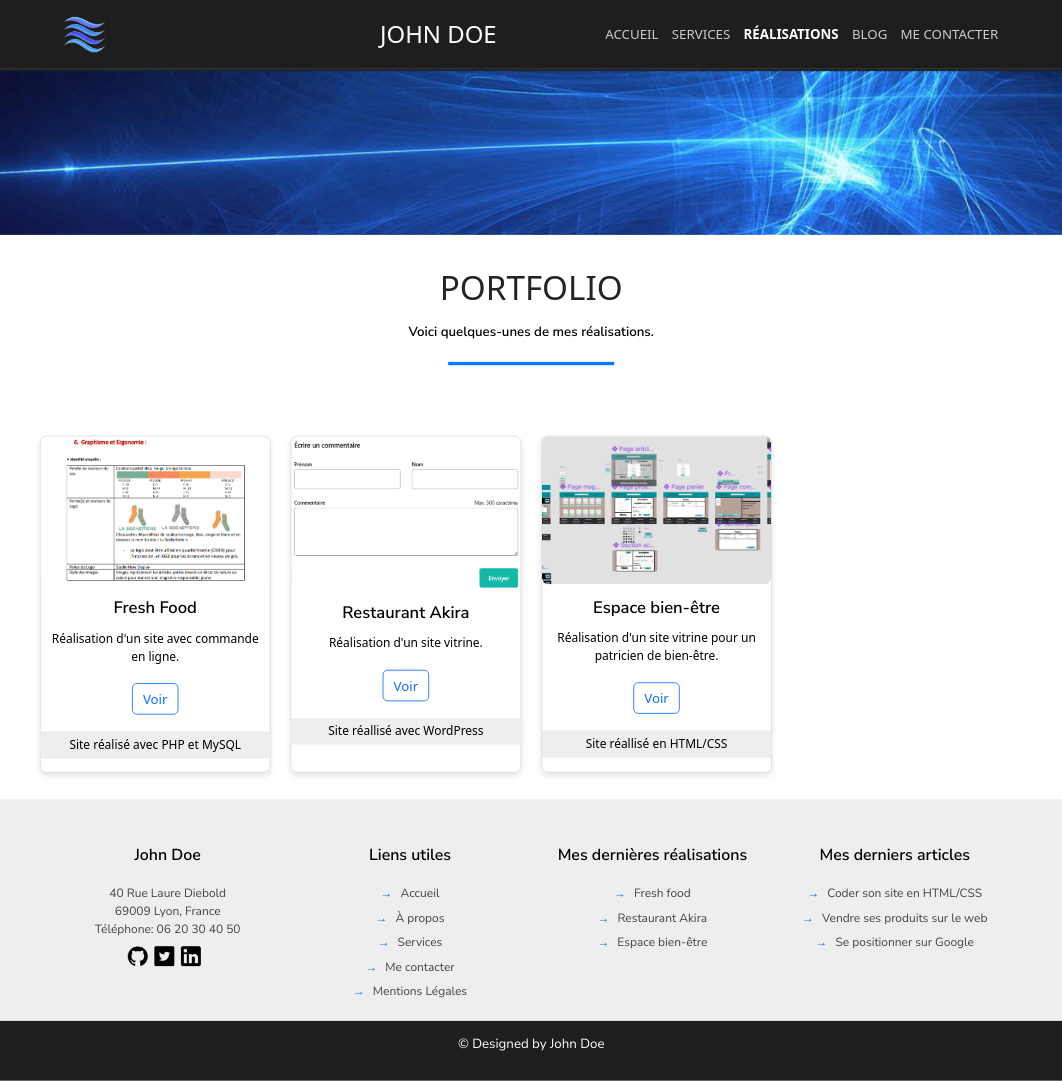
Repository: MagicCogs/optimisation-de-cv
Page: /realisations
The author's editor kept a copy of each file at every save. The page is drawn from the files as they stood at one save, then again after the next save.
The browser window is 1280 px wide. The pictures show the whole page, at 83% of full size.
The project was rebuilt for these pictures with package versions that can differ from the ones it lists, and the page was loaded fresh each time. Also part of the build but not shown: src/pages/Accueil.jsx, src/pages/Apropos.jsx, src/pages/Services.jsx, src/pages/Blog.jsx, src/pages/Contact.jsx, src/pages/MentionsLegales.jsx.

Above is the page before, as saved 2024-12-17 10:55:41.

### src/components/Header.jsx
import React, { useState } from 'react';
import { NavLink } from 'react-router-dom';
import '../styles/header.css';
import logo from '../images/logo.png';

const Header = () => {
  const [menuOpen] = useState(false);

  return (
    <header className="header">
      <a href="/" class="logo">
          <img src={logo} alt="Logo Icon" className="logo" />
      </a>
      <h1>JOHN DOE</h1>
      <nav className={`navbar ${menuOpen ? 'open' : ''}`}>
        <ul>
          <li>
            <NavLink exact to="/" activeClassName="active">
              ACCUEIL
            </NavLink>
          </li>
          <li>
            <NavLink className="nav-link" to="/services">
              SERVICES
            </NavLink>
          </li>
          <li>
            <NavLink className="nav-link" to="/realisations">
              RÉALISATIONS
            </NavLink>
          </li>
          <li>
            <NavLink className="nav-link" to="/blog">
              BLOG
            </NavLink>
          </li>
          <li>
            <NavLink className="nav-link" to="/contact">
              ME CONTACTER
            </NavLink>
          </li>
        </ul>
      </nav>
    </header>
  );
};

export default Header;

### src/components/Footer.jsx
import React, { useEffect } from 'react';
import { Link } from 'react-router-dom';
import '../styles/footer.css';
import githubIcon from '../images/github.png';
import twitterIcon from '../images/twitter.png';
import linkedinIcon from '../images/linkedin.png';

const Footer = () => {

  // Fonction pour faire défiler la page vers le haut
  const scrollToTop = () => {
    window.scrollTo({ top: 0, behavior: 'smooth' });
  };

  useEffect(() => {
    // Afficher ou cacher le bouton de retour en haut en fonction du défilement
    const handleScroll = () => {
      const scrollTopButton = document.getElementById('scrollTopButton');
      if (window.scrollY > 300) {
        scrollTopButton.style.display = 'block'; // Affiche le bouton si on défile plus de 300px
      } else {
        scrollTopButton.style.display = 'none'; // Cache le bouton si on est en haut de la page
      }
    };

    window.addEventListener('scroll', handleScroll); // Ajoute l'événement de scroll
    return () => {
      window.removeEventListener('scroll', handleScroll); // Nettoyage de l'événement
    };
  }, []);

  return (
    <footer className="footer-container">
      <div className="footer-content">
        <section id="profile">
          <h2>John Doe</h2>
          <p>40 Rue Laure Diebold<br />69009 Lyon, France<br />Téléphone: 06 20 30 40 50</p>
          <a href="https://github.com/MagicCogs" target="_blank" rel="nofollow noreferrer">
            <img src={githubIcon} alt="GitHub Icon" className="icon" />
          </a>
          <a href="https://x.com/home" target="_blank" rel="nofollow noreferrer">
            <img src={twitterIcon} alt="Twitter Icon" className="icon" />
          </a>
          <a href="https://www.linkedin.com/feed/?trk=guest_homepage-basic_google-one-tap-submit" target="_blank" rel="nofollow noreferrer">
            <img src={linkedinIcon} alt="LinkedIn Icon" className="icon" />
          </a>
        </section>

        <section id="liensutiles">
          <h2>Liens utiles</h2>
          <p><Link to="/">Accueil</Link></p>
          <p><Link to="/about">À propos</Link></p>
          <p><Link to="/services">Services</Link></p>
          <p><Link to="/contact">Me contacter</Link></p>
          <p><Link to="/mentions-legales">Mentions Légales</Link></p>
        </section>

        <section id="realisations">
          <h2>Mes dernières réalisations</h2>
          <p><Link to="/projects/fresh-food">Fresh food</Link></p>
          <p><Link to="/projects/akira-restaurant">Restaurant Akira</Link></p>
          <p><Link to="/projects/wellness-space">Espace bien-être</Link></p>
        </section>

        <section id="articles">
          <h2>Mes derniers articles</h2>
          <p><Link to="/blog/html-css">Coder son site en HTML/CSS</Link></p>
          <p><Link to="/blog/sell-online">Vendre ses produits sur le web</Link></p>
          <p><Link to="/blog/seo">Se positionner sur Google</Link></p>
        </section>
      </div>

      <div className="footer-bar">
        <p>© Designed by John Doe</p>
        <button
          id="scrollTopButton"
          className="scroll-top"
          onClick={scrollToTop}
        >
          ↑
        </button>
      </div>

    </footer>
  );
};

export default Footer;

### src/pages/Realisations.jsx
import React from 'react';
import 'bootstrap/dist/css/bootstrap.min.css';
import '../styles/main.css';
import projectImage1 from '../images/project1.png';
import projectImage2 from '../images/project2.png';
import projectImage3 from '../images/project3.png';
import underheaderImage from '../images/technologywaves.png';

const Realisations = () => (

  <div>
    {/* Bande d'image sous le header */}
    <div className="underheader-image"></div>

    <div className="realisations-container">
    <h1 className="realisations-title">PORTFOLIO</h1>
    <p><strong>Voici quelques-unes de mes réalisations.</strong></p>

    <div className="realisations-grid">
      <div className="realisations-card">
        <img src={projectImage1} alt="Réalisation 1" className="realisations-image" />
        <h3>Fresh Food</h3>
        <p>Réalisation d'un site avec commande en ligne.</p>
        <button className="btn btn-primary">Voir</button>
        <div className="under-button">
          <p>Site réalisé avec PHP et MySQL</p>
        </div>
      </div>

      <div className="realisations-card">
        <img src={projectImage2} alt="Réalisation 2" className="realisations-image" />
        <h3>Restaurant Akira</h3>
        <p>Réalisation d'un site vitrine.</p>
        <button className="btn btn-primary">Voir</button>
        <div className="under-button">
          <p>Site réallisé avec WordPress</p>
        </div>
      </div>

      <div className="realisations-card">
        <img src={projectImage3} alt="Réalisation 3" className="realisations-image" />
        <h3>Espace bien-être</h3>
        <p>Réalisation d'un site vitrine pour un patricien de bien-être.</p>
        <button className="btn btn-primary">Voir</button>
        <div className="under-button">
          <p>Site réallisé en HTML/CSS</p>
        </div>
      </div>
    </div>
  </div>
</div>
);

export default Realisations;

### src/styles/header.css
.header {
    display: flex;
    flex-direction: column;
    align-items: center;
    justify-content: center;
    padding: 1rem;
    background-color: #1e1e1e;
    color: #ffffff;
    position: relative;
    z-index: 1000;
    width: 100%;
    transition: height 0.3s ease-out;
  }

  .logo {
    width: 20%;
  }

  .header h1 {
    margin: 0;
    font-size: 1.8rem;
    color: #ffffff;
  }

  .navbar {
    display: none;
    flex-direction: column;
    align-items: center;
    width: 100%;
    background-color: #1e1e1e;
    position: absolute;
    top: 100%;
    left: 0;
    z-index: 999;
    overflow: hidden;
  }

  .navbar.open {
    display: flex;
  }

  .navbar ul {
    list-style-type: none;
    padding: 0;
    margin: 0;
    display: flex;
    flex-direction: column;
    align-items: center;
    gap: 1rem;
  }

  .navbar ul li a {
    color: #ccc;
    text-decoration: none;
    font-weight: 400;
    transition: color 0.3s;
  }

  .navbar ul li a:hover {
    color: #ffffff;
  }

  .navbar ul li a.active {
    color: #ffffff;
    font-weight: 600;
  }

  .hamburger {
    display: block;
    background: none;
    border: none;
    color: #ffffff;
    font-size: 1.5rem;
    cursor: pointer;
  }

  @media (min-width: 769px) {
    .header {
      flex-direction: row;
      justify-content: space-around;
      align-items: center;
    }

    .navbar {
      display: flex;
      position: static;
      flex-direction: row;
      width: auto;
      background-color: transparent;
    }

    .hamburger {
      display: none;
    }

    .navbar ul {
      flex-direction: row;
      gap: 1rem;
    }
  }

### src/styles/footer.css
@import url('https://fonts.googleapis.com/css2?family=Nunito+Sans:wght@400;600&display=swap');

footer {
  text-align: center;
  color: rgb(0, 0, 0);
}

.footer {
  display: flex;
  flex-direction: column;
  justify-content: space-between;
  min-height: 100vh;
  background-color: #EEE;
}

.footer-container {
  background-color: #EEE;
  color: #444;
  font-family: 'Nunito Sans', sans-serif;
  padding-top: 2rem;
}

.footer-content {
  display: flex;
  justify-content: space-between;
  max-width: 1200px;
  margin: 0 auto;
  padding: 1rem;
  flex-wrap: wrap;
}

.footer-content section {
  flex: 1;
  margin: 0 1rem;
}

.footer-content section h2 {
  color: black;
  font-family: 'Nunito Sans', sans-serif;
  font-weight: 600;
  font-size: 1.2rem;
  margin-bottom: 1rem;
}

.footer-content section p {
  font-family: 'Nunito Sans', sans-serif;
  font-weight: 400;
  margin: 0.5rem 0;
  font-size: 0.9rem;
}

.footer-content section p a {
  color: #444;
  text-decoration: none;
  padding-left: 1.5rem;
  position: relative;
}

.footer-content section p a::before {
  color: #0d6efd;
  content: '→';
  position: absolute;
  left: 0;
}

.icon {
  color: #1e1e1e;
  width: 24px;
  height: 24px;
  margin-right: 0.5rem;
  cursor: pointer;
}

.icon:hover {
  opacity: 0.8;
}

.footer-bar {
  display: flex;
  justify-content: center;
  align-items: center;
  gap: 1rem;
  background-color: #1e1e1e;
  color: white;
  text-align: center;
  padding: 1rem 0;
  width: 100%;
}

.scroll-top {
  background-color: #0d6efd;
  border: none;
  border-radius: 50%;
  color: white;
  width: 40px;
  height: 40px;
  cursor: pointer;
  font-size: 1.2rem;
  display: none;
}

.scroll-top:hover {
  opacity: 0.8;
}

Loaded but not shown: public/index.html (common file); src/index.js (common file); src/index.css (common file); src/reportWebVitals.js (common file); src/App.js (34 lines, source omitted); src/styles/main.css (750 lines, source omitted)

After the next save:
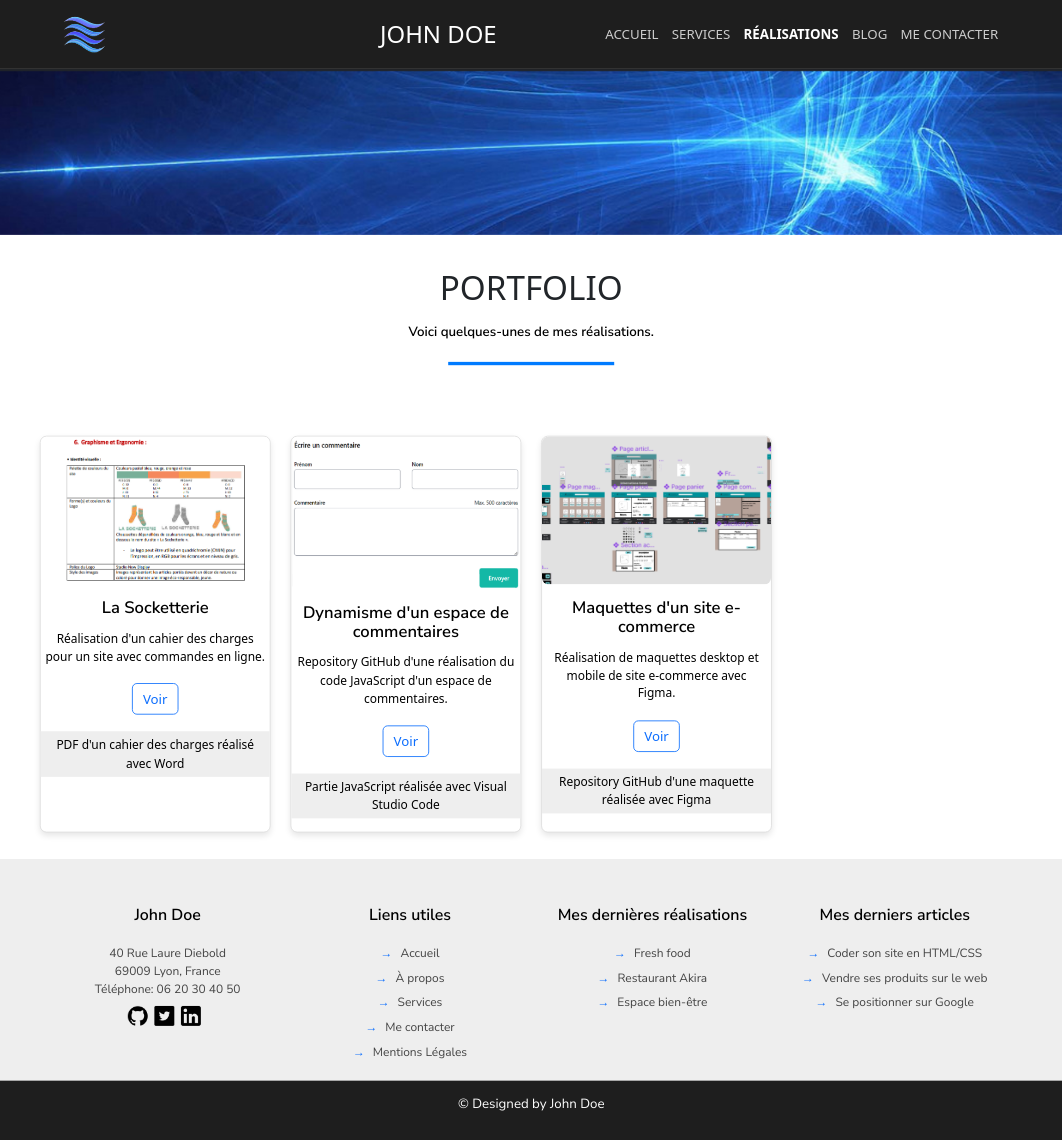
Saved 69 s later.
--- a/src/pages/Realisations.jsx
+++ b/src/pages/Realisations.jsx
@@ -4,51 +4,54 @@ import '../styles/main.css';
 import projectImage1 from '../images/project1.png';
 import projectImage2 from '../images/project2.png';
 import projectImage3 from '../images/project3.png';
-import underheaderImage from '../images/technologywaves.png';
 
 const Realisations = () => (
-
   <div>
-    {/* Bande d'image sous le header */}
     <div className="underheader-image"></div>
 
     <div className="realisations-container">
-    <h1 className="realisations-title">PORTFOLIO</h1>
-    <p><strong>Voici quelques-unes de mes réalisations.</strong></p>
+      <h1 className="realisations-title">PORTFOLIO</h1>
+      <p><strong>Voici quelques-unes de mes réalisations.</strong></p>
 
-    <div className="realisations-grid">
-      <div className="realisations-card">
-        <img src={projectImage1} alt="Réalisation 1" className="realisations-image" />
-        <h3>Fresh Food</h3>
-        <p>Réalisation d'un site avec commande en ligne.</p>
-        <button className="btn btn-primary">Voir</button>
-        <div className="under-button">
-          <p>Site réalisé avec PHP et MySQL</p>
+      <div className="realisations-grid">
+        <div className="realisations-card">
+          <img src={projectImage1} alt="Réalisation 1" className="realisations-image" />
+          <h3>La Socketterie</h3>
+          <p>Réalisation d'un cahier des charges pour un site avec commandes en ligne.</p>
+          <a href="https://drive.google.com/file/d/1LzFOPNCmNX3OPEA6Zj2a1fpjuhFq7tk6/view?pli=1" target="_blank" rel="noopener noreferrer" className="btn btn-primary">
+            Voir
+          </a>
+          <div className="under-button">
+            <p>PDF d'un cahier des charges réalisé avec Word</p>
+          </div>
         </div>
-      </div>
 
-      <div className="realisations-card">
-        <img src={projectImage2} alt="Réalisation 2" className="realisations-image" />
-        <h3>Restaurant Akira</h3>
-        <p>Réalisation d'un site vitrine.</p>
-        <button className="btn btn-primary">Voir</button>
-        <div className="under-button">
-          <p>Site réallisé avec WordPress</p>
+        <div className="realisations-card">
+          <img src={projectImage2} alt="Réalisation 2" className="realisations-image" />
+          <h3>Dynamisme d'un espace de commentaires</h3>
+          <p>Repository GitHub d'une réalisation du code JavaScript d'un espace de commentaires.</p>
+          <a href="https://github.com/MagicCogs/DynamiserUnEspaceDeCommentaires" target="_blank" rel="noopener noreferrer" className="btn btn-primary">
+            Voir
+          </a>
+          <div className="under-button">
+            <p>Partie JavaScript réalisée avec Visual Studio Code</p>
+          </div>
         </div>
-      </div>
 
-      <div className="realisations-card">
-        <img src={projectImage3} alt="Réalisation 3" className="realisations-image" />
-        <h3>Espace bien-être</h3>
-        <p>Réalisation d'un site vitrine pour un patricien de bien-être.</p>
-        <button className="btn btn-primary">Voir</button>
-        <div className="under-button">
-          <p>Site réallisé en HTML/CSS</p>
+        <div className="realisations-card">
+          <img src={projectImage3} alt="Réalisation 3" className="realisations-image" />
+          <h3>Maquettes d'un site e-commerce</h3>
+          <p>Réalisation de maquettes desktop et mobile de site e-commerce avec Figma.</p>
+          <a href="https://github.com/MagicCogs/Maquettes-Probeat" target="_blank" rel="noopener noreferrer" className="btn btn-primary">
+            Voir
+          </a>
+          <div className="under-button">
+            <p>Repository GitHub d'une maquette réalisée avec Figma</p>
+          </div>
         </div>
       </div>
     </div>
   </div>
-</div>
 );
 
 export default Realisations;
